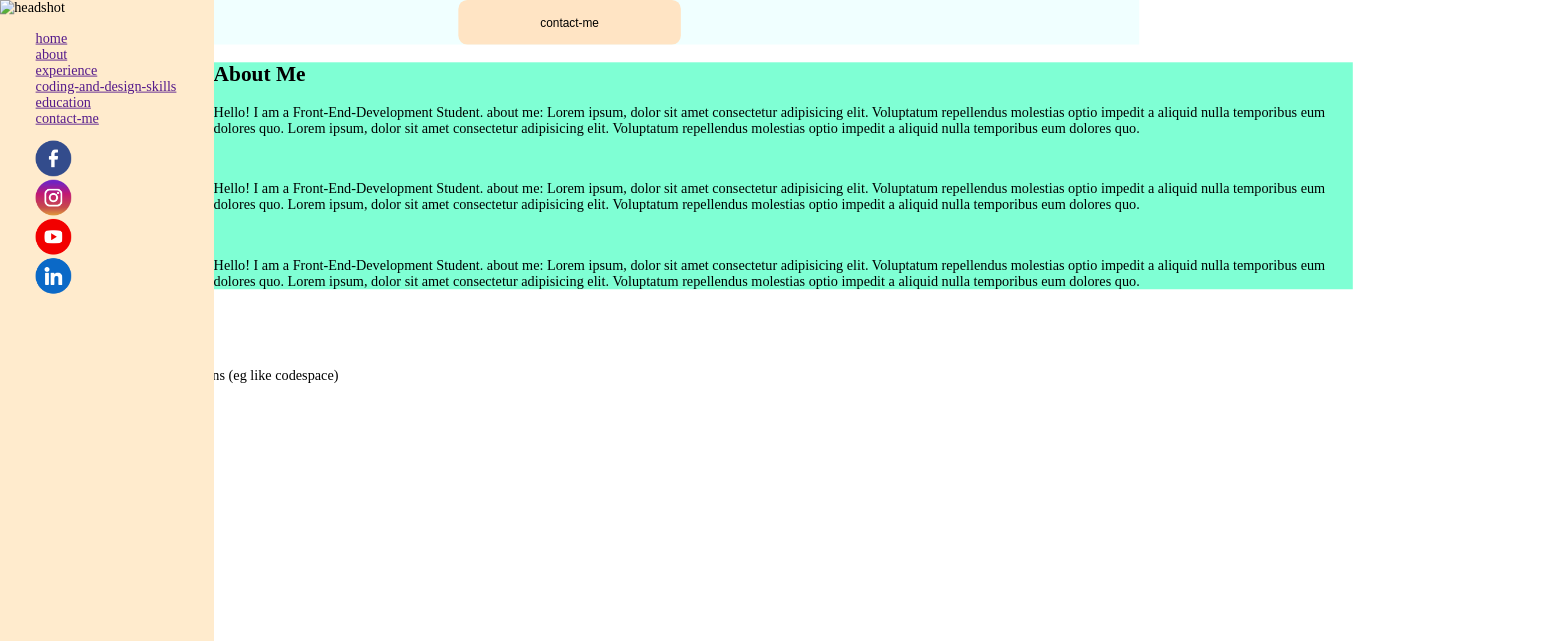
Repository: WesleyErasmus/MyDigitalResume-5
Page: index.html
The author's editor kept a copy of each file at every save. The page is drawn from the files as they stood at one save, then again after the next save.
The browser window is 1280 px wide. The page is 1520 px wide, then 1760 px, then 1520 px, so the pictures cover 1760 px, including what lies to the right of the window. The pictures show the whole page, at 89% of full size.

Above is the page before, as saved 2022-02-22 15:00:40.

### index.html
<!DOCTYPE html>
<html lang="en">

<head>
    <meta charset="UTF-8">
    <meta http-equiv="X-UA-Compatible" content="IE=edge">
    <meta name="viewport" content="width=device-width, initial-scale=1.0">
    <title>Wesley Erasmus Digital Resume 5</title>
    <link rel="stylesheet" href="stylesheet.css">
</head>

<body>
    <!-- use hr tag -->
    <header>
        <span>
            <button id="contact-me-btn">contact-me</button>
        </span>
    </header>
    <nav>
        <img src="" alt="headshot">
        <ul class="nav-btns">
            <li><a href="">home</a></li>
            <li><a href="">about</a></li>
            <li><a href="">experience</a></li>
            <li><a href="">coding-and-design-skills</a></li>
            <li><a href="">education</a></li>
            <li><a href="">contact-me</a></li>
        </ul>
        <ul class="social-media-links">
            <li><a href="https://www.facebook.com/codespaceza" target="_blank"><img src="/icons/facebook.png"
                        alt="Facebook" width="40px" height="40px"></a></li>
            <li><a href="https://www.instagram.com/codespaceza/" target="_blank"><img src="icons/instagram.png"
                        alt="Instagram" width="40px" height="40px"></a></li>
            <li><a href="https://www.youtube.com/channel/UCfmXJliguiwBv2QlRzWdrxA" target="_blank"><img
                        src="icons/youtube.png" alt="YouTube" width="40px" height="40px"></a></li>
            <li><a href="https://www.linkedin.com/school/codespaceza/" target="_blank"><img src="icons/linkedin.png"
                        alt="LinkedIn" width="40px" height="40px"></a></li>
        </ul>
    </nav>
    <main>
        <article class="about-me">
            <h1>About Me</h1>
                <p>Hello! I am a Front-End-Development Student. about me: Lorem ipsum, dolor sit amet consectetur
                    adipisicing elit. Voluptatum repellendus molestias optio impedit a aliquid nulla temporibus eum
                    dolores quo. Lorem ipsum, dolor sit amet consectetur adipisicing elit. Voluptatum repellendus
                    molestias optio impedit a aliquid nulla temporibus eum dolores quo.</p>
                <br>
                <p>Hello! I am a Front-End-Development Student. about me: Lorem ipsum, dolor sit amet consectetur
                    adipisicing elit. Voluptatum repellendus molestias optio impedit a aliquid nulla temporibus eum
                    dolores quo. Lorem ipsum, dolor sit amet consectetur adipisicing elit. Voluptatum repellendus
                    molestias optio impedit a aliquid nulla temporibus eum dolores quo.</p>
                <br>
                <p>Hello! I am a Front-End-Development Student. about me: Lorem ipsum, dolor sit amet consectetur
                    adipisicing elit. Voluptatum repellendus molestias optio impedit a aliquid nulla temporibus eum
                    dolores quo. Lorem ipsum, dolor sit amet consectetur adipisicing elit. Voluptatum repellendus
                    molestias optio impedit a aliquid nulla temporibus eum dolores quo.</p>
        </article>
        <article class="job-experience">
            2 - Job experience
        </article>
        <article class="coding-and-design-skills">
            3 - Coding and Design skills
        </article>
        <article class="education">
            4 - education
        </article>
        <article>
            5 - contact / or remove this article
        </article>
    </main>
    <footer>
        contact details
        small social media icons (eg like codespace)
    </footer>

</body>

</html>

### stylesheet.css
* {
    box-sizing: border-box;
    list-style-type: none;
}
body {
    margin: 0;
    padding: 0;
}
header {
    background-color: azure;
    text-align: center;
}
button#contact-me-btn {
    background-color: bisque;
    width: 250px;
    height: 50px;
    border-radius: 10px;
    border: none;
}
nav {
    background-color: blanchedalmond;
    float: left;

    position: fixed;
    left: 0;
    overflow-y: auto;
    overflow-x: hidden;
    height: 100vh;
    min-height: 100vh;
    top: 0;
    width: 240px;
    z-index: 1;
}
main {
    position: relative;
}
article.about-me {
    position: relative;
    left: 240px;
    background-color: aquamarine;
}

After the next save:
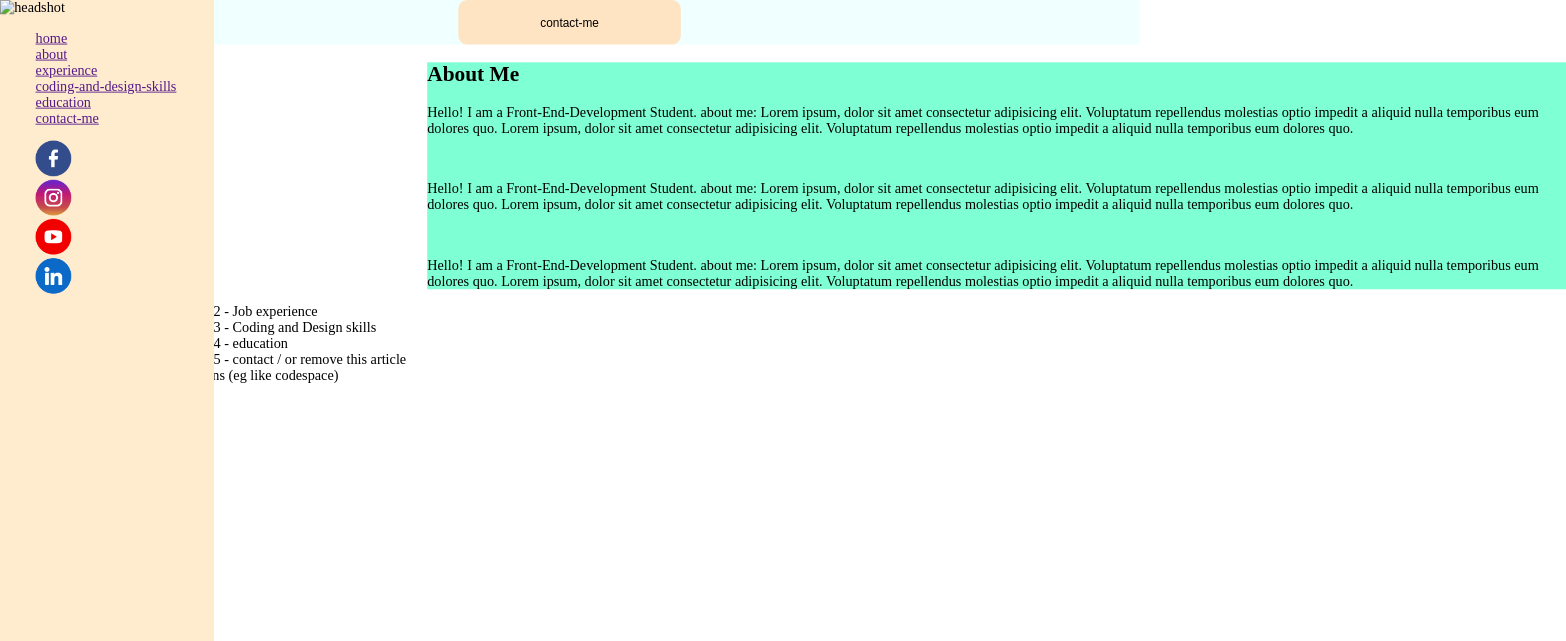
Saved 9 s later.
--- a/stylesheet.css
+++ b/stylesheet.css
@@ -33,6 +33,7 @@
 }
 main {
     position: relative;
+    left: 240px;
 }
 article.about-me {
     position: relative;

After the save that followed:
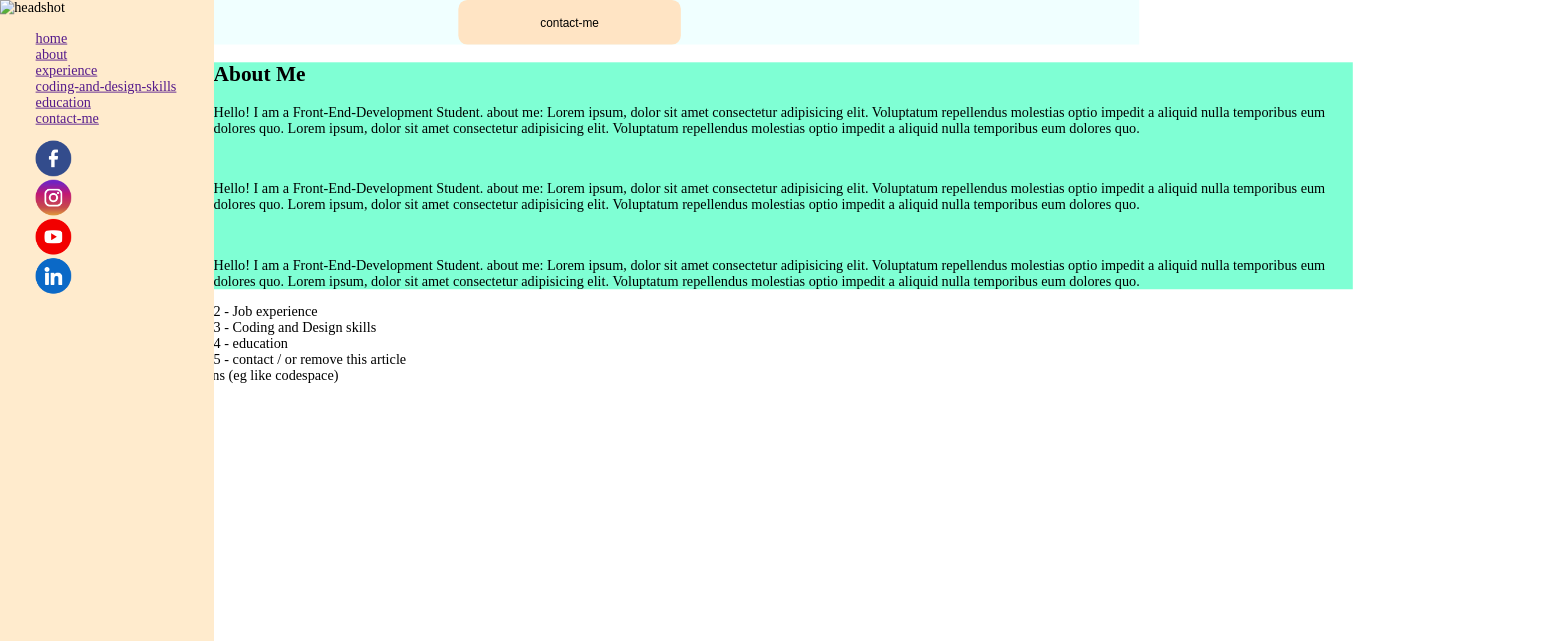
Saved 5 s later.
--- a/stylesheet.css
+++ b/stylesheet.css
@@ -37,6 +37,6 @@
 }
 article.about-me {
     position: relative;
-    left: 240px;
+    /* left: 240px; */
     background-color: aquamarine;
 }
